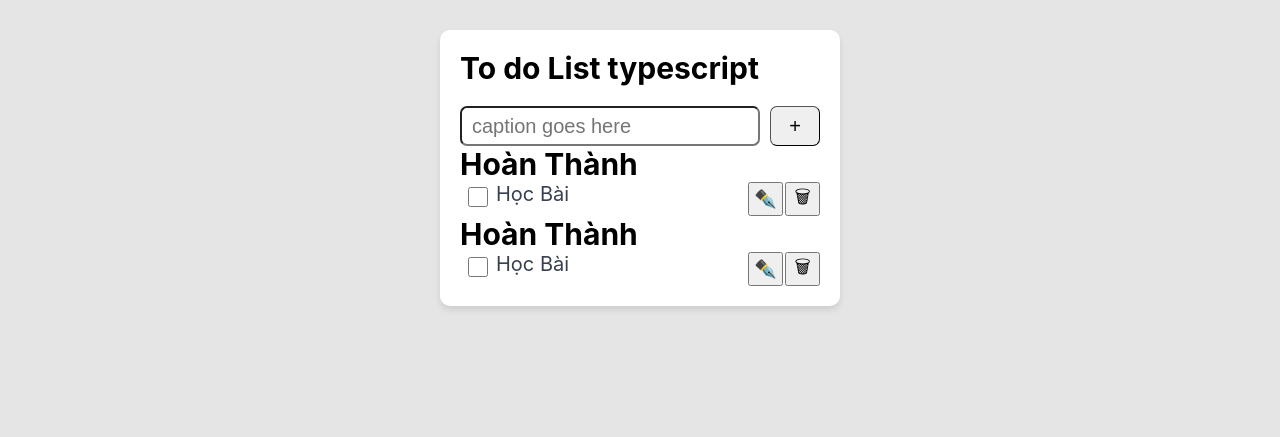
Repository: hungdomanh95/focus
Page: /
The author's editor kept a copy of each file at every save. The page is drawn from the files as they stood at one save, then again after the next save.
The browser window is 1280 px wide. The pictures show the whole page.
The project was rebuilt for these pictures with package versions that can differ from the ones it lists, and the page was loaded fresh each time.

Above is the page before, as saved 2023-04-06 23:43:53.

### src/index.css
*{
 margin:0;
 padding:0;
 box-sizing: border-box;
}
html{
  font-size: 10px;
  --font-size:2rem
}
body {
  margin: 0;
  font-size: var(--font-size);
  font-family: -apple-system, BlinkMacSystemFont, 'Segoe UI', 'Roboto', 'Oxygen',
    'Ubuntu', 'Cantarell', 'Fira Sans', 'Droid Sans', 'Helvetica Neue',
    sans-serif;
  -webkit-font-smoothing: antialiased;
  -moz-osx-font-smoothing: grayscale;
  background-color: #e5e5e5;
}
input, button{
  font-size: var(--font-size);
  outline: 0;
}
code {
  font-family: source-code-pro, Menlo, Monaco, Consolas, 'Courier New',
    monospace;
}

### src/App.tsx
import React, { useState } from "react";
import PushNotification from "./components/PushNotification";
import TodoList from "./components/TodoList";
function App() {

  return (
    <div className="App">
      {/* <PushNotification/> */}
      <TodoList/>
    </div>
  );
}

export default App;

### src/components/TodoList/index.ts
import TodoList from "./TodoList";

export default TodoList

### src/components/TodoList/TodoList.tsx
import React, { useState } from 'react'
import { Todo } from '../../@types/todo.type'
import TaskInput from '../TaskInput'
import TaskList from '../TaskList'
import styles from './todoList.module.scss'
function TodoList() {
  const [todos, setTodos] = useState<Todo[]>([])

  const doneTodos = todos.filter((todo) => todo.done)
  const notDoneTodos = todos.filter((todo) => !todo.done)

  const addTodo = (name: string) => {
    const todo: Todo = {
      name,
      done: false,
      id: new Date().toISOString()
    }
    setTodos((prev) => [...prev, todo])
  }

  const handleDoneTodo = (id: string, done: boolean) => {
    setTodos((prev) => {
      return prev.map((item) => {
        if (item.id === id) {
          return { ...item, done }
        }
        return item
      })
    })
  }
  console.log('todos: ', todos)

  return (
    <div className={styles.todoList}>
      <div className={styles.todoListContainer}>
        <TaskInput addTodo={addTodo} />
        <TaskList todos={notDoneTodos} handleDoneTodo={handleDoneTodo} />
        <TaskList doneTaskList todos={doneTodos} handleDoneTodo={handleDoneTodo} />
      </div>
    </div>
  )
}

export default TodoList

### src/components/TaskInput/index.ts
import TaskInput from "./TaskInput";

export default TaskInput

### src/components/TaskList/index.ts
import TaskList from "./TaskList";

export default TaskList

### src/components/TodoList/todoList.module.scss
.todoList{
  padding:3rem
}
.todoListContainer{
  background-color: #fff;
  max-width: 40rem;
  padding:2rem;
  margin-left: auto;
  margin-right: auto;
  border-radius: 1rem;
  box-shadow: 0px 4px 6px rgba(0,0,0,0.1);
}

### src/components/TaskInput/TaskInput.tsx
import React from 'react'
import styles from "./taskInput.module.scss"
function TaskInput() {
  return (
    <div>
      <h1 className={styles.title}>
        To do List typescript
      </h1>
      <form className={styles.form}>
        <input type="text" placeholder='caption goes here' />
        <button type="submit" >+</button>
      </form>
    </div>
  )
}

export default TaskInput

### src/components/TaskList/TaskList.tsx
import React from 'react'
import styles from './taskList.module.scss'
function TaskList() {
  return (
    <div>
      <h2 className='styles.title'>Hoàn Thành</h2>
      <div className={styles.tasks}>
        <div className={styles.task}>
          <input type='checkbox' className={styles.taskCheckbox} />
          <span className={styles.taskName}>Học Bài</span>
          <div className={styles.taskAction}>
            <button className={styles.taskBtn}>✒️</button>
            <button className={styles.taskBtn}>🗑</button>
          </div>
        </div>
      </div>
    </div>
  )
}

export default TaskList

### src/components/TaskInput/taskInput.module.scss
.title {
  font-size: 3rem;
  margin-bottom: 2rem;
}
.form {
  display: flex;
  align-items: center;
  input {
    height: 4rem;
    flex-grow: 1;
    margin-right: 1rem;
    border-radius: 0.7rem;
    padding: 0 1rem;
    border-width: 2px;
  }
  button {
    flex-shrink: 0;
    width: 5rem;
    height: 4rem;
    border-radius: 0.7rem;
    display: flex;
    justify-content: center;
    align-items: center;
    padding: 0;
    border-width: 1px;
  }
}

### src/components/TaskList/taskList.module.scss

.title{
  margin-bottom: 2rem;
}
.task{
  display: flex;
  align-items: flex-start;
  &:not(:last-child){
    margin-bottom: 1rem;
  }
}
.taskCheckbox{
  flex:0 0 10%;
  max-width: 10%;
  height: 2rem;
  margin-top: 0.5rem;
}
.taskName{
  flex:0 0 70%;
  max-width: 70%;
  padding:0 0 0.5rem;
  color:#383f50;
  &.taskNameDone{
    color:#b2b7bb;
    text-decoration: line-through;
  }
}
.taskAction{
  flex:0 0 20%;
  max-width: 20%;
  display: flex;
  justify-content: space-between;
}
.taskBtn{
  flex:0 0 3.5rem;
  max-width: 3.5rem;
  font-size: 1.8rem;
}

Loaded but not shown: public/index.html (common file); src/index.tsx (common file); src/reportWebVitals.ts (common file)

After the next save:
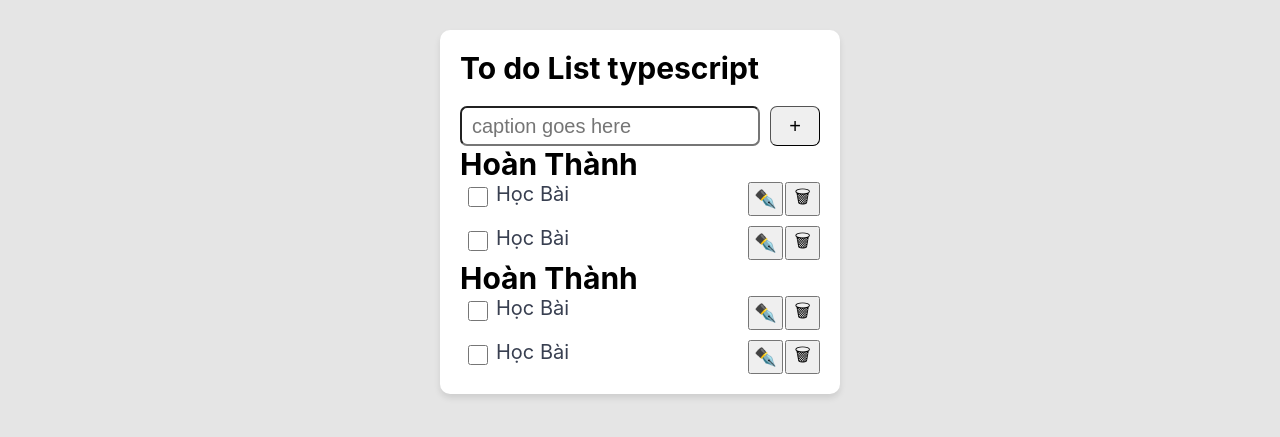
Saved 46 s later.
--- a/src/components/TaskList/TaskList.tsx
+++ b/src/components/TaskList/TaskList.tsx
@@ -13,6 +13,14 @@ function TaskList() {
             <button className={styles.taskBtn}>🗑</button>
           </div>
         </div>
+        <div className={styles.task}>
+          <input type='checkbox' className={styles.taskCheckbox} />
+          <span className={styles.taskName}>Học Bài</span>
+          <div className={styles.taskAction}>
+            <button className={styles.taskBtn}>✒️</button>
+            <button className={styles.taskBtn}>🗑</button>
+          </div>
+        </div>
       </div>
     </div>
   )
